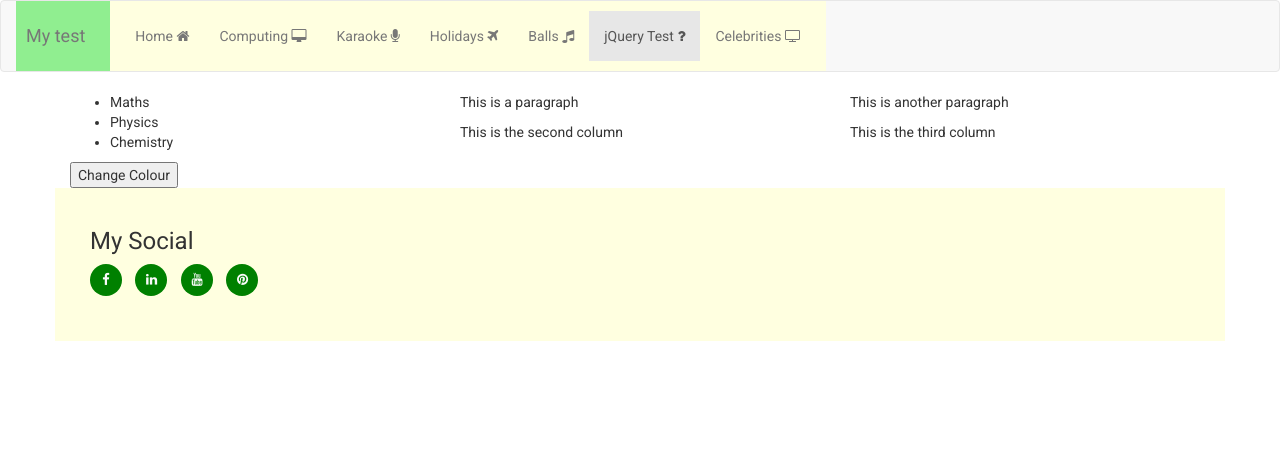
Repository: derektypist/bootstrap
Page: jquerydemo.html
The author's editor kept a record of every edit. The page is drawn from the files as they stood at one moment, then again after the next edit.
The browser window is 1280 px wide. The pictures show the whole page.
Some web libraries are served in a nearby version.

Above is the page before.

### jquerydemo.html
<!DOCTYPE html>
<html>
<head>
<meta name="viewport" content="width=device-width, initial-scale=1.0">
<title>Derek's Bootstrap Experience - Jquery Test</title>

<!-- Load Style Sheets -->

<link rel="stylesheet" href="https://maxcdn.bootstrapcdn.com/bootstrap/3.3.7/css/bootstrap.min.css">
<link rel="stylesheet" href="https://maxcdn.bootstrapcdn.com/font-awesome/4.7.0/css/font-awesome.min.css" type="text/css" />
<link rel="stylesheet" href="style.css" type="text/css">

<!-- Load Scripts -->
<script src="https://code.jquery.com/jquery-3.2.1.min.js" integrity="sha256-hwg4gsxgFZhOsEEamdOYGBf13FyQuiTwlAQgxVSNgt4=" crossorigin="anonymous"></script>
<script src="https://maxcdn.bootstrapcdn.com/bootstrap/3.3.7/js/bootstrap.min.js" integrity="sha384-Tc5IQib027qvyjSMfHjOMaLkfuWVxZxUPnCJA7l2mCWNIpG9mGCD8wGNIcPD7Txa" crossorigin="anonymous"></script>
<script>
    $(document).ready(function(){
        $("button").click(function(){
            $(".myhighlight").css("color", "orange");
        });
        $("p").mouseenter(function(){
            $(this).css("color", "green")
        });
        $("p").mouseleave(function(){
            $(this).css("color", "purple")
        });
    });
</script>
</head>
<body>
<nav class="navbar navbar-default">
        <div class="container-fluid">
            <!-- Logo -->
            <div class="navbar-header">
                <a href="index.html" class="navbar-brand">My test</a>
            </div>

            <!-- navbar with icons -->
            <ul class="nav navbar-nav">
                <li><a href="index.html">Home <i class="fa fa-home" aria-hidden="true"></i></a></li>
                <li><a href="computing.html">Computing <i class="fa fa-desktop" aria-hidden="true"></i></a></li>
                <li><a href="karaoke.html">Karaoke <i class="fa fa-microphone" aria-hidden="true"></i></a></li>
                <li><a href="holidays.html">Holidays <i class="fa fa-plane" aria-hidden="true"></i></a></li>
                <li><a href="balls.html">Balls <i class="fa fa-music" aria-hidden="true"></i></a></li>
                <li class="active"><a href="jquerydemo.html">jQuery Test <i class="fa fa-question" aria-hidden="true"></i></a></li>
                <li><a href="celebrities.html">Celebrities <i class="fa fa-television" aria-hidden="true"></i></a></li>
            </ul>
        </div>
    </nav>

    <!-- Section -->
    <section class="container">
        <div class="row">
            <div class="col-xs-12 col-sm-4">
                <ul>
                <li class="myhighlight">Maths</li>
                <li>Physics</li>
                <li>Chemistry</li>
            </ul>
            <button>Change Colour</button>
            </div>
            <div class="col-xs-12 col-sm-4">
                <p>This is a paragraph</p>
                <p>This is the second column</p>
            </div>
            <div class="col-xs-12 col-sm-4">
                <p>This is another paragraph</p>
                <p>This is the third column</p>
            </div>

        </div>


    </section>

     <!-- Footer -->
       <footer class="container">
           <div class="row" id="footer-details">
               <h3>My Social</h3>
               <ul class="list-inline social-links">

                    <li><a target="_blank" href="https://www.facebook.com/derek.dhammaloka/" title="Facebook"><i class="fa fa-facebook"></i></a></li>
                    <li><a target="_blank" href="https://www.linkedin.com/in/derekdhammaloka" title="LinkedIn"><i class="fa fa-linkedin"></i></a></li>
                    <li><a target="_blank" href="https://www.youtube.com/user/derekthesec" title="YouTube"><i class="fa fa-youtube"></i></a></li>
                    <li><a target="_blank" href="https://www.pinterest.co.uk/derekthesec" title="Pinterest"><i class="fa fa-pinterest"></i></a></li>
               </ul>
           </div>
       </footer>

</body>
</html>

### style.css
/* Import Font */

@import url('https://fonts.googleapis.com/css?family=Roboto');

/* Body */

body {

    font-family: "Roboto", Arial, Verdana, sans-serif;
    height: 100%;
}

/* Liked Comments */

.liked {
    background-color: lightblue;
    padding: 10px;
}

/* Jumbotron */

.jumbotron {
    background-color: pink;
}

/* List Items */

.list-items {
    color: green;
}

.list-items a {
    text-decoration: none;
    color: orange;
}

.list-items a:hover {
    text-decoration: none;
    color: purple;
}

/* Margin Styles */
.mgn-col {
    margin-left: 10px;
}

/* Navbar Styles */
.navbar-header {
    background-color: lightgreen;
    padding: 10px;
}

.navbar-nav {
    background-color: lightyellow;
    padding: 10px;
}

/* Table Styles */
th {
    background-color: lightblue;
}


/* Download PDF Styles */
.download-pdf {
    color: green;
    text-align: center;
    font-size: 18px;
    padding-left: 5px;
}

.download-pdf i:hover {
    color: orange;
    transition: all 0.35s ease-in-out;
    -moz-transition: all 0.35s ease-in-out;
    -webkit-transition: all 0.35s ease-in-out;
    -o-transition: all 0.35s ease-in-out;
}

/* Footer */
footer {
    background-color: lightyellow;
    min-height: 50px;
    margin: 0;
}

.social-links {
    padding-bottom: 15px;
}

.social-links li a i {
    width: 32px;
    height: 32px;
    padding: 12px 0px;
    border-radius: 50%;
    font-size: 13px;
    line-height: 7px;
    text-align: center;
    color: #fafafa;
    background: green;
    transition: all 0.35s ease-in-out;
    -moz-transition: all 0.35s ease-in-out;
    -webkit-transition: all 0.35s ease-in-out;
    -o-transition: all 0.35s ease-in-out;

}

.social-links li a i:hover {
    background: purple;

}

#footer-details {
    margin: 20px;
}

/* jQueryDemo - Keypad */
#display {
    height: 75px;
    font-size: 2em;
    background-color: seagreen;
    color: white;
}

After the next edit:
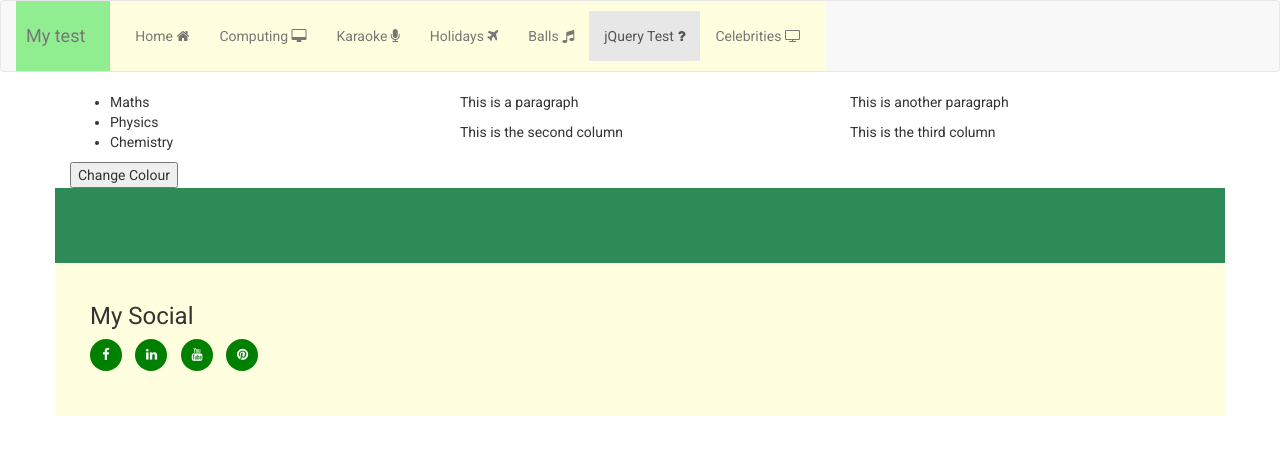
The edit:
--- a/jquerydemo.html
+++ b/jquerydemo.html
@@ -70,7 +70,10 @@
 
         </div>
 
+        <div class="row">
+            <div id="display"></div>
 
+        </div>
     </section>
 
      <!-- Footer -->
